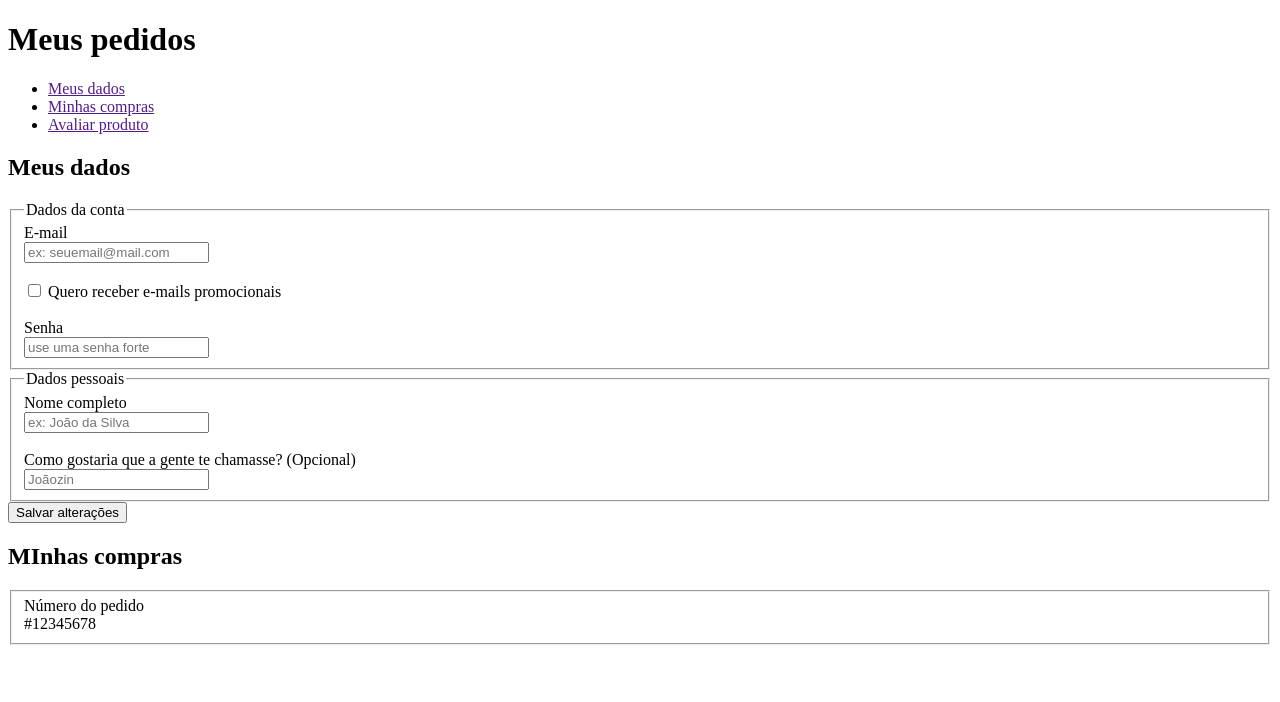
Repository: claudemir-camargo/site-compras
Page: index.html
The author's editor kept a copy of each file at every save. The page is drawn from the files as they stood at one save, then again after the next save.
The browser window is 1280 px wide. The pictures show the whole page.

Above is the page before, as saved 2024-03-03 13:59:28.

### index.html
<!DOCTYPE html>
<html lang="en">
<head>
    <meta charset="UTF-8">
    <meta name="viewport" content="width=device-width, initial-scale=1.0">
    <title>Site de Compras</title>
</head>
<body>
    <h1>Meus pedidos</h1>
    <ul>
        <li><a href="">Meus dados</a></li>
        <li><a href="">Minhas compras</a></li>
        <li><a href="">Avaliar produto</a></li>
    </ul>
    <h2>Meus dados</h2>
    <!-- Conta -->
    <fieldset>
        <legend>Dados da conta</legend>
        <form>
            <label>E-mail</label><br>
            <input type="email" id="email" name="email" placeholder="ex: seuemail@mail.com"><br><br>
            <input type="checkbox">
            <label>Quero receber e-mails promocionais</label><br><br>
            <label>Senha</label><br>
            <input type="password" placeholder="use uma senha forte">
        </form>
    </fieldset>
    <!-- Pessoais -->
    <fieldset>
        <legend>Dados pessoais</legend>
        <form>
            <label>Nome completo</label><br>
            <input type="text" placeholder="ex: João da Silva"><br><br>
            <label>Como gostaria que a gente te chamasse? (Opcional) </label><br>
            <input type="text" placeholder="Joãozin">
        </form>
    </fieldset>
    <button type="button">Salvar alterações</button>
    <!-- MInhas compras -->
    <h2>MInhas compras</h2>
    <fieldset>
        Número do pedido<br>
        #12345678
    </fieldset>


</body>
</html>

After the next save:
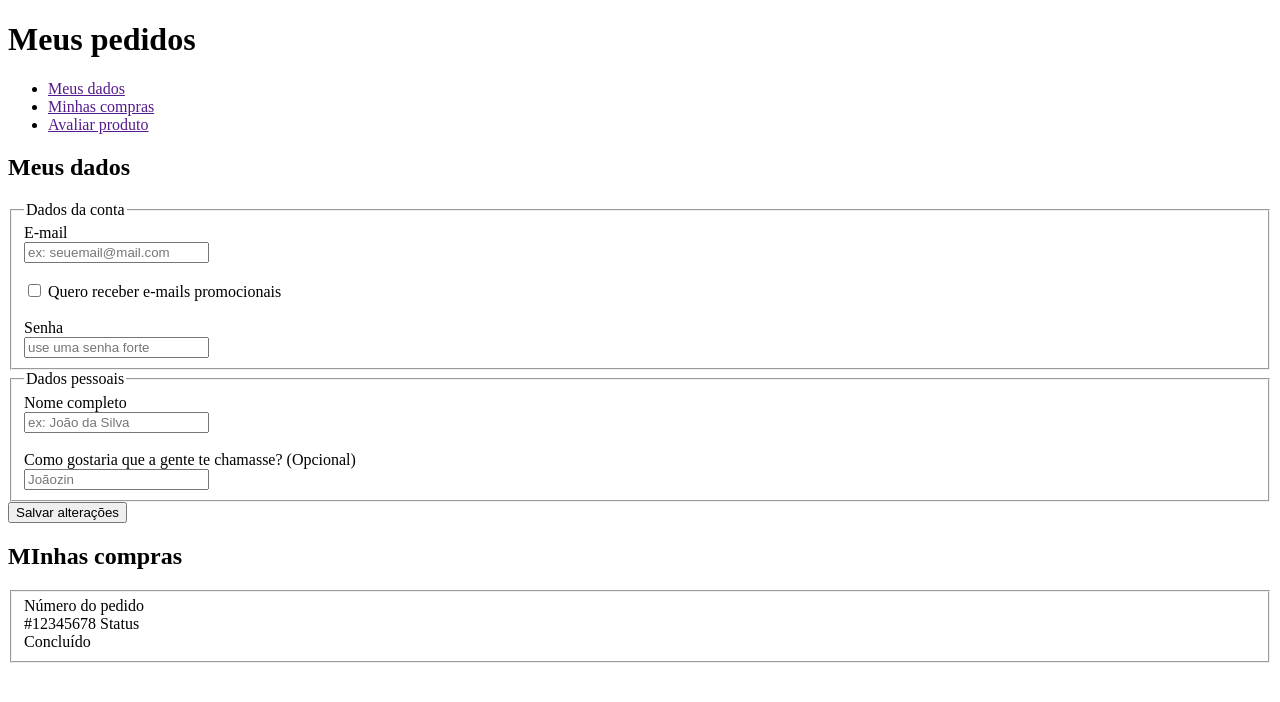
Saved 49 s later.
--- a/index.html
+++ b/index.html
@@ -41,6 +41,8 @@
     <fieldset>
         Número do pedido<br>
         #12345678
+        Status<br>
+        Concluído
     </fieldset>
 
 
